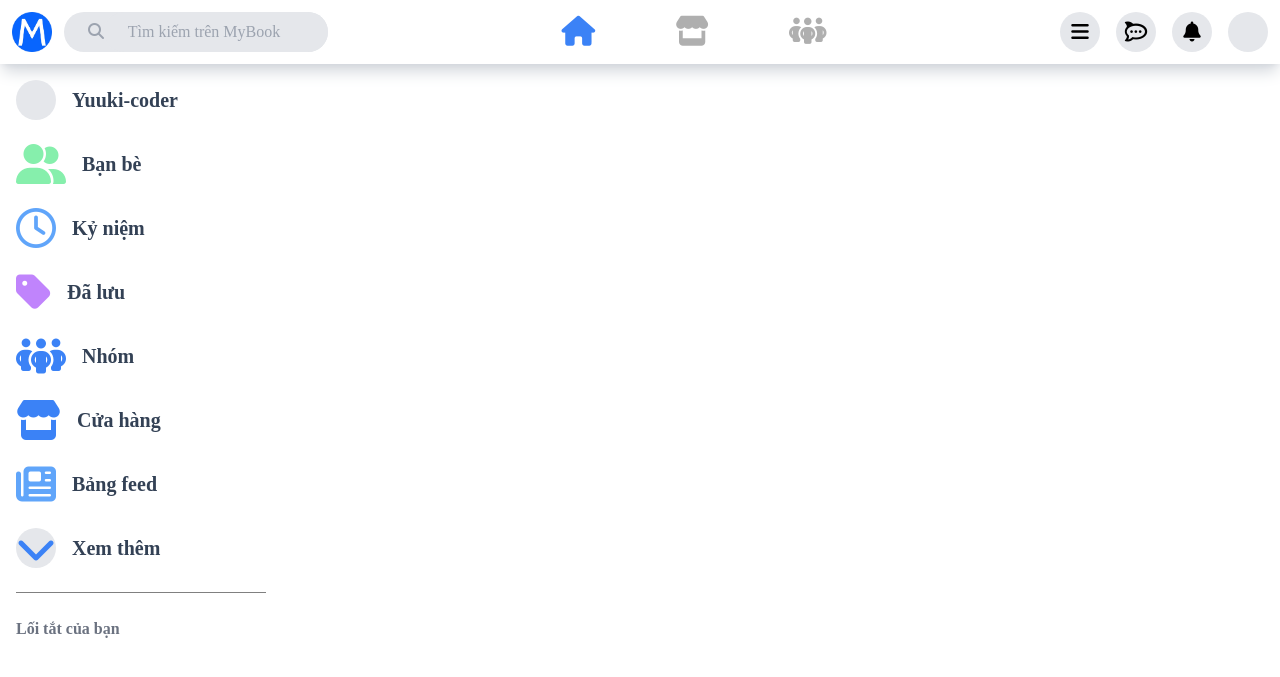
Repository: Yuukicoder/MyBook
Page: / (app in mybook/)
These files come from the project's save history. The page is drawn as it stood at one moment and after the next save; the edit follows.
The browser window is 1280 px wide. The pictures show the whole page.
The project was rebuilt for these pictures with package versions that can differ from the ones it lists, and the page was loaded fresh each time.

Above is the page before, as saved 2023-12-13 19:10:02.

After the next save:
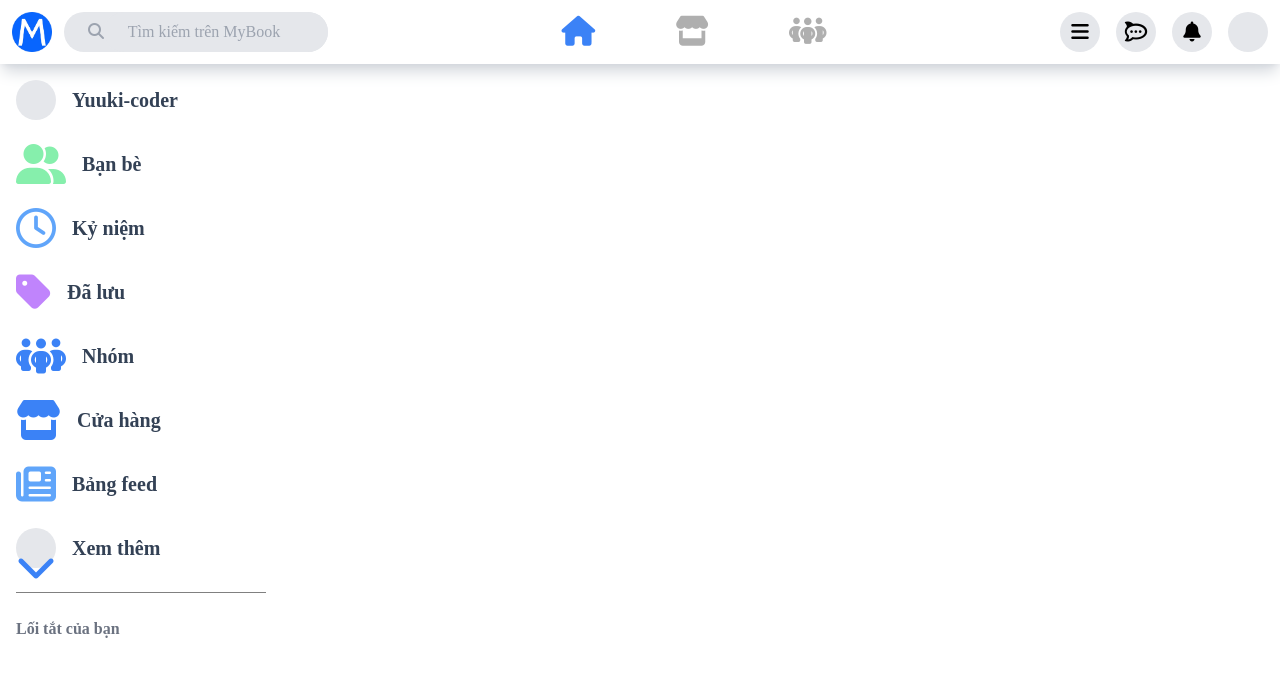
Saved 18 s later.
--- a/mybook/src/Option.js
+++ b/mybook/src/Option.js
@@ -41,7 +41,7 @@ var Option = (x) => (
     <div class="flex gap-4 items-center box ">
         <div class="avatar">
 
-    <i class="fa-solid fa-chevron-down text-blue-500 text-7xl"></i>
+    <i class="fa-solid fa-chevron-down text-blue-500 h-1"></i>
         </div>
         <p class="font-semibold text-xl text-slate-700">Xem thêm</p>
 

After the save that followed:
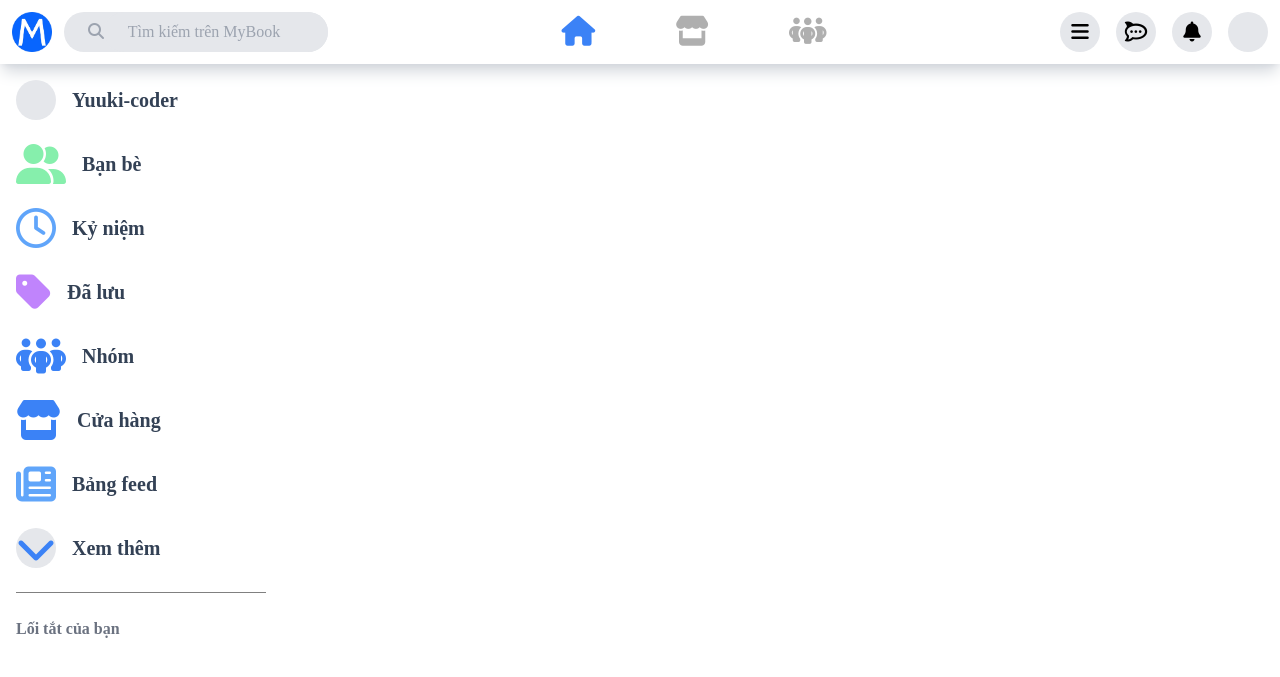
Saved 20 s later.
--- a/mybook/src/Option.js
+++ b/mybook/src/Option.js
@@ -41,7 +41,7 @@ var Option = (x) => (
     <div class="flex gap-4 items-center box ">
         <div class="avatar">
 
-    <i class="fa-solid fa-chevron-down text-blue-500 h-1"></i>
+    <i class="fa-solid fa-chevron-down text-blue-500 "></i>
         </div>
         <p class="font-semibold text-xl text-slate-700">Xem thêm</p>
 
